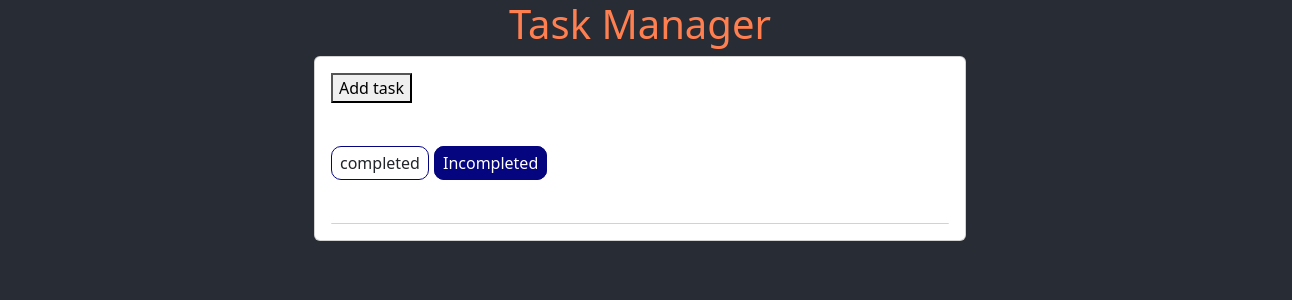
Repository: Jcparks84/task_manager
Page: / (app in frontend/)
The author's editor kept a copy of each file at every save. The page is drawn from the files as they stood at one save, then again after the next save.
The browser window is 1280 px wide. The page is 1292 px wide, so the pictures cover 1292 px, including what lies to the right of the window. The pictures show the whole page.
The page's requests for data from a server got no answer. The project was rebuilt for these pictures with package versions that can differ from the ones it lists, and the page was loaded fresh each time. No one was signed in, and anything a server would have sent is missing. Also part of the build but not shown: frontend/src/components/Modal.js.

Above is the page before, as saved 2022-08-11 17:15:10.

After the next save:
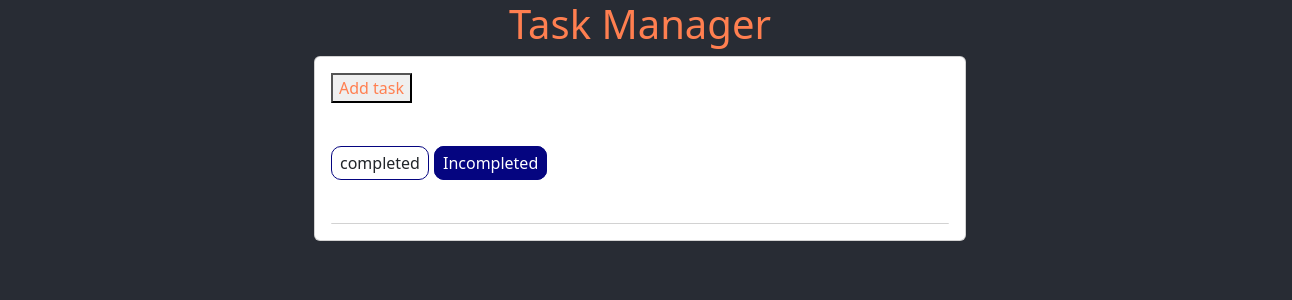
Saved 4 s later.
--- a/frontend/src/App.css
+++ b/frontend/src/App.css
@@ -44,7 +44,7 @@
 }
 
 .add-button {
-  color: ;
+  color: coral;
 }
 
 

After the 3 saves that followed:
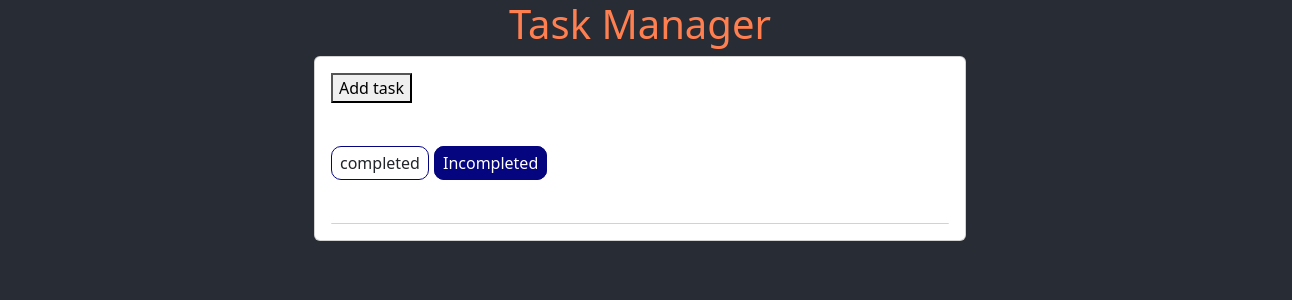
The 3 saves are shown as one change because they came seconds apart.
The last was saved 10 s later.
--- a/frontend/src/App.css
+++ b/frontend/src/App.css
@@ -44,8 +44,7 @@
 }
 
 .add-button {
-  color: coral;
-}
+bottom: ;}
 
 
 @keyframes App-logo-spin {
